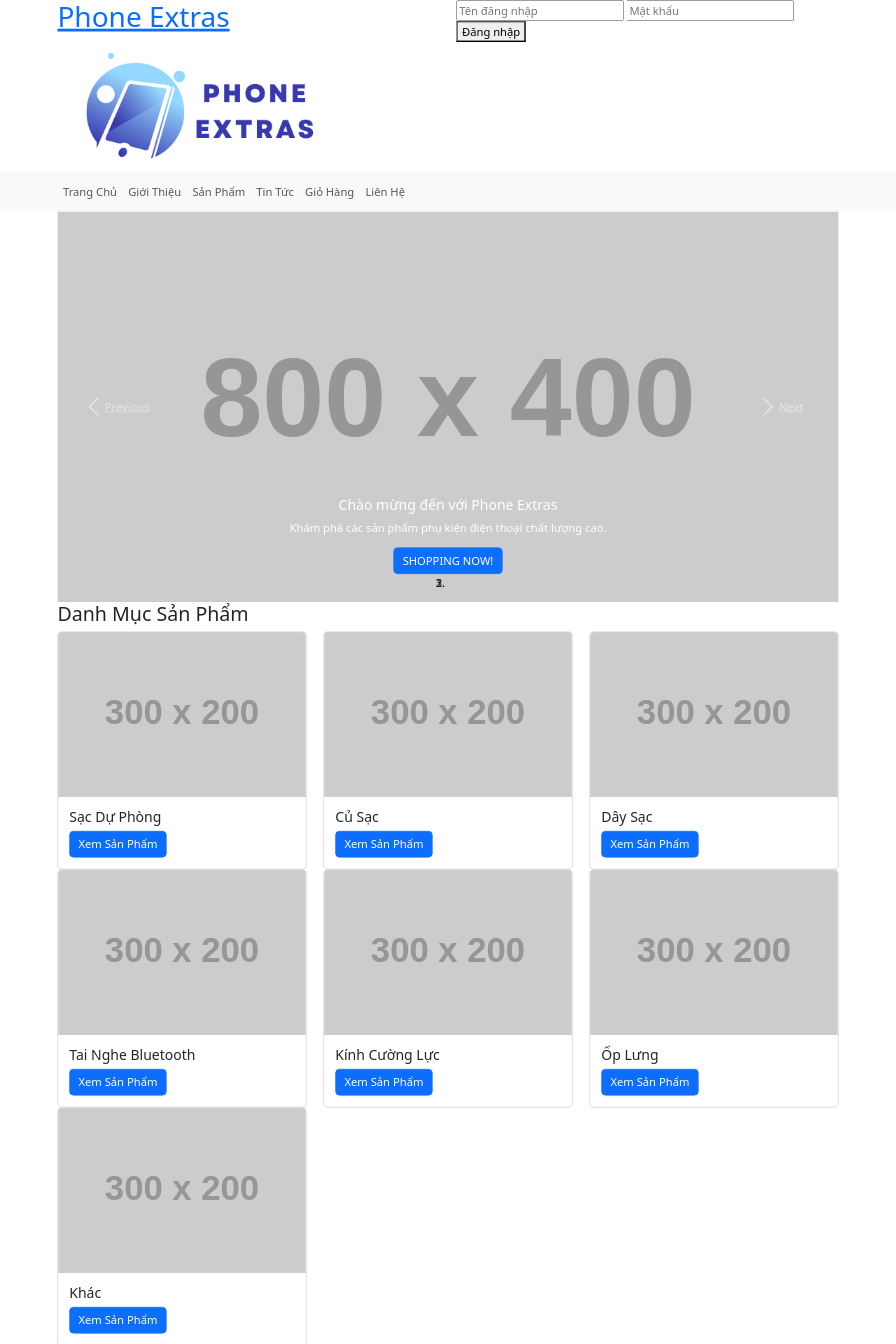
Repository: munnkawaii/BTL-PhoneExtras
Page: html/index.html
An editor plug-in stored every save of this project. The page is shown before and after a run of saves, followed by the edit.
The browser window is 1280 px wide. The pictures show the part of the page from y = 0 to 1920 px (the page is 2717 px tall before and 2851 px after), at 70% of full size.

Above is the page before, as saved 2024-11-12 21:01:34.

After the next 2 saves:
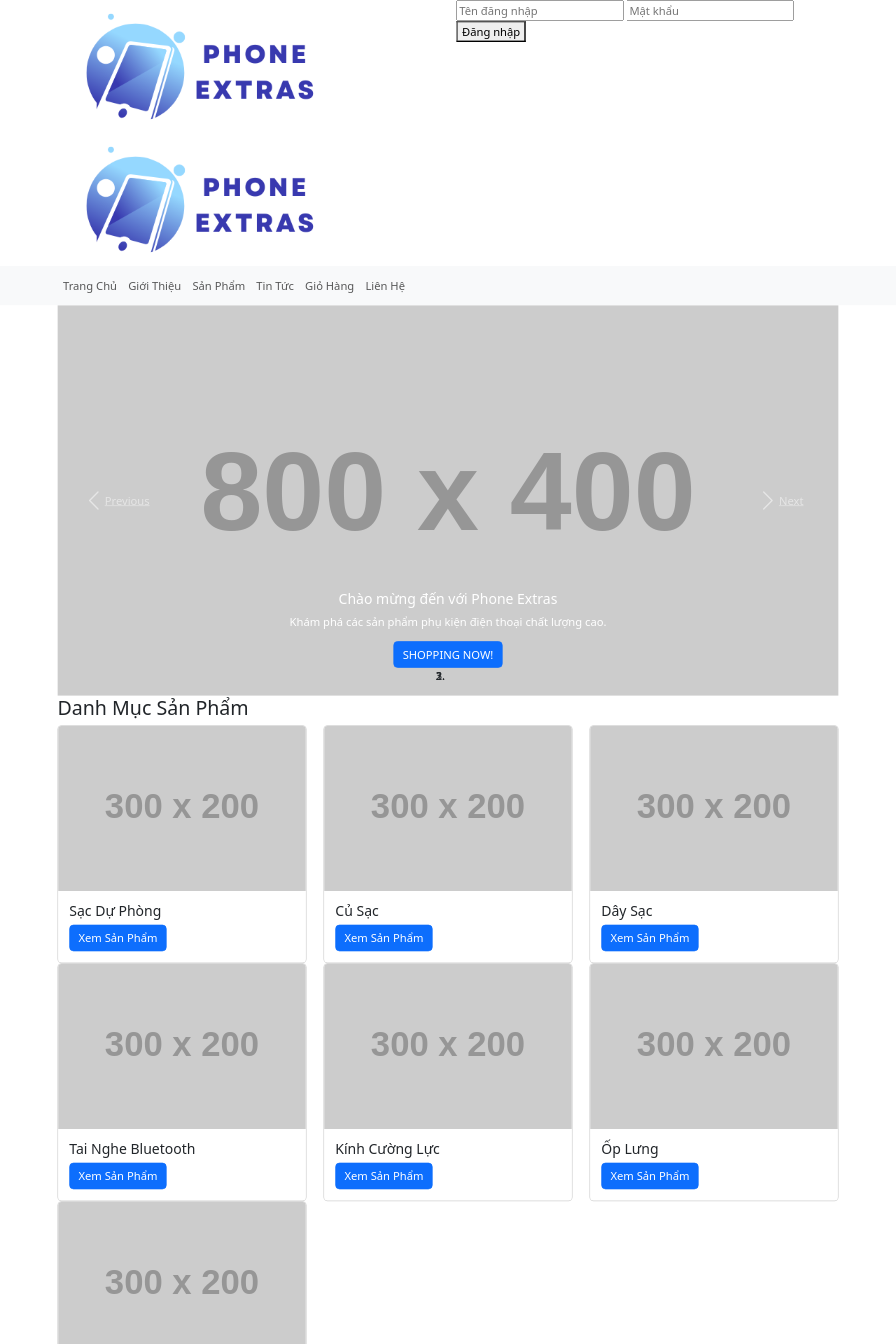
The 2 saves are shown as one change because they came seconds apart.
The last was saved 48 s later.
--- a/html/index.html
+++ b/html/index.html
@@ -28,7 +28,10 @@
         <div class="container">
             <div class="row">
                 <div class="col-md-6">
-                    <h1><a href="index.html">Phone Extras</a></h1>
+                    <a href="index.html">
+                        <img src="../img/pelogo.png" alt="Phone Extras Logo">
+                    </a>
+
                     <img src="../img/pelogo.png" alt="">
                 </div>
                 <div class="col-md-6 text-right">
